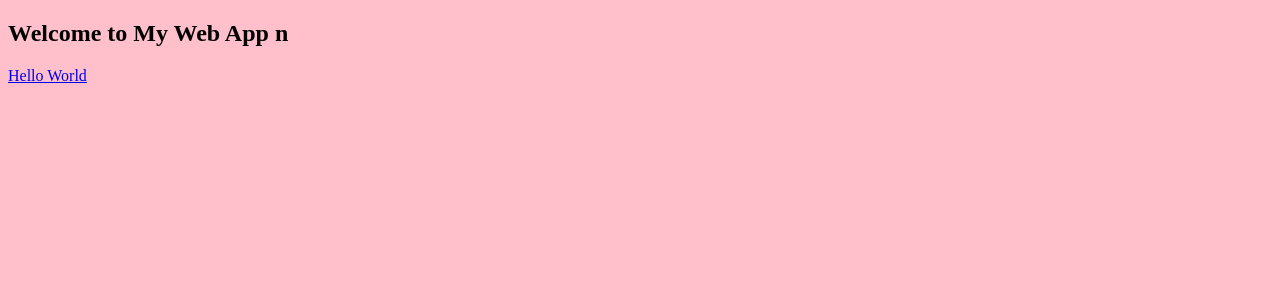
Repository: shashwat13mishra/javatraining
Page: mywebapp/src/main/webapp/index.html
The author's editor kept a copy of each file at every save. The page is drawn from the files as they stood at one save, then again after the next save.
The browser window is 1280 px wide. The pictures show the whole page.

Above is the page before, as saved 2019-07-16 05:16:53.

After the next save:
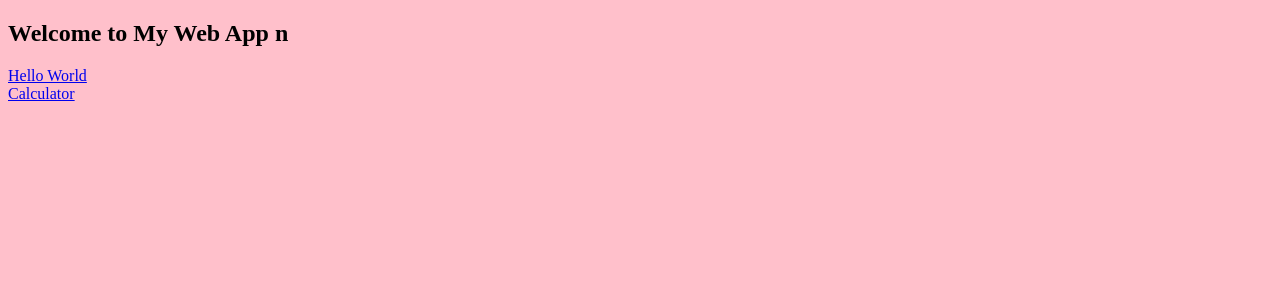
Saved 49 min 16 s later.
--- a/mywebapp/src/main/webapp/index.html
+++ b/mywebapp/src/main/webapp/index.html
@@ -9,6 +9,7 @@
 <h2>Welcome to My Web App n</h2>
 
 <a href=hello>Hello World</a> <br>
+<a href=calc.html>Calculator</a>
 
 </body>
 </html>
